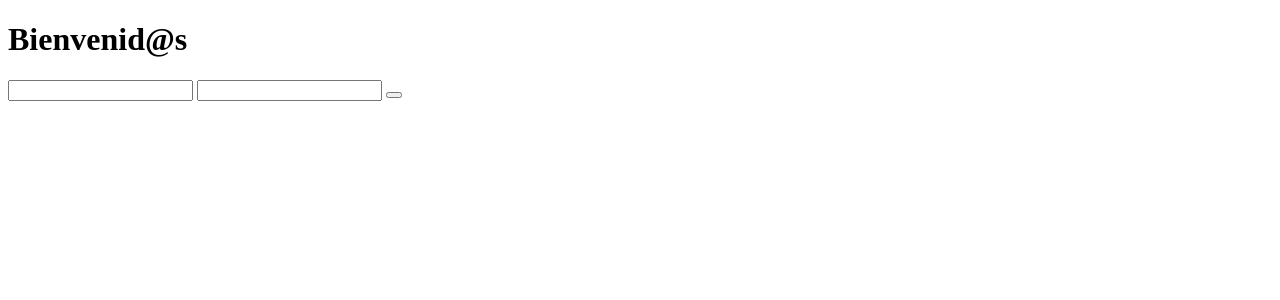
Repository: MiguelonDev/CursoIonic
Page: EclipseWorkSpace/TryCatch/index.html
The author's editor kept a copy of each file at every save. The page is drawn from the files as they stood at one save, then again after the next save.
The browser window is 1280 px wide. The pictures show the whole page.

Above is the page before, as saved 2018-09-27 17:19:07.

### EclipseWorkSpace/TryCatch/index.html
<!DOCTYPE html>
<html>
<head>
<meta charset="UTF-8">
<title>Miguel Aguirre Varela</title>
<script>

function suma(){
	var n1 = document.getElementById("valor1").value;
	var n2 = document.getElementById("valor2").value;

	var resultado = n1 + n2;
	document.getElementById("resultado").innerHTML = resultado;
}
</script>
</head>
<body>

<header><h1>Bienvenid@s</h1></header>
<input id="valor1" type="text" value="">
<input id="valor2" type="text" value="">
<button script="suma()"></button>
<div id="resultado">

</div>
</body>
</html>

After the next save:
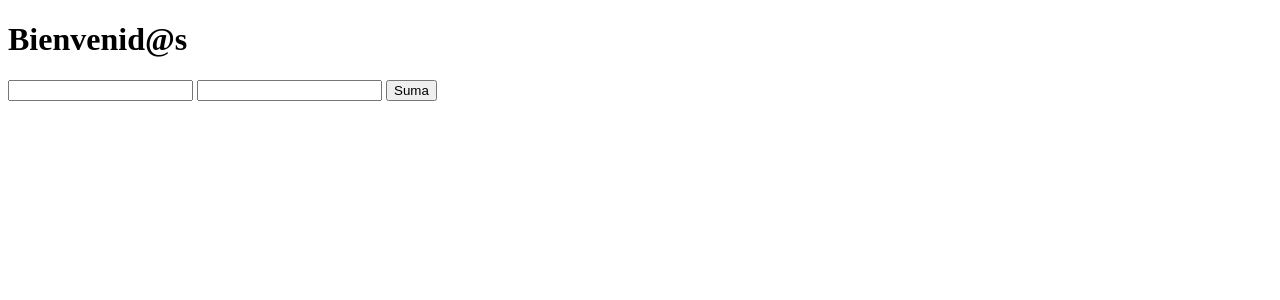
Saved 5 s later.
--- a/EclipseWorkSpace/TryCatch/index.html
+++ b/EclipseWorkSpace/TryCatch/index.html
@@ -19,7 +19,7 @@ function suma(){
 <header><h1>Bienvenid@s</h1></header>
 <input id="valor1" type="text" value="">
 <input id="valor2" type="text" value="">
-<button script="suma()"></button>
+<button script="suma()">Suma</button>
 <div id="resultado">
 
 </div>
